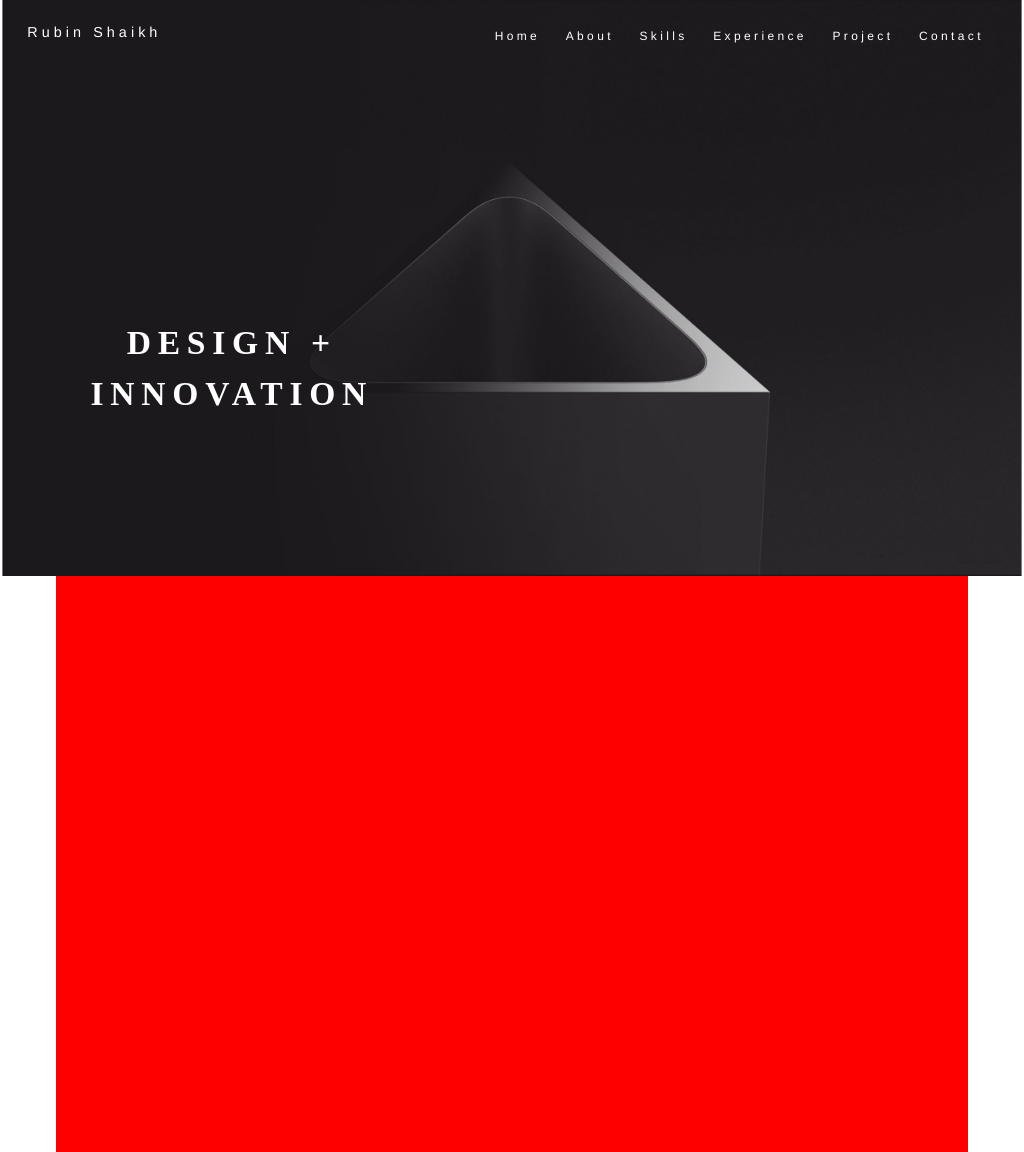
Repository: Rubin78/My-Portfolio
Page: /second
These files come from the project's save history. The page is drawn as it stood at one moment and after the next save; the edit follows.
The browser window is 1280 px wide. The pictures show the whole page, at 80% of full size.
The project was rebuilt for these pictures with package versions that can differ from the ones it lists, and the page was loaded fresh each time. Also part of the build but not shown: src/components/First/First.module.css, src/components/First/First.js, src/components/Third.js.

Above is the page before, as saved 2020-07-21 17:26:09.

### src/App.js
import React from 'react';

// import './App.css';

import { BrowserRouter as Router, Switch, Route } from "react-router-dom";
import First from './components/First/First';
import Second from './components/Second';
import Third from './components/Third';
function App() {
  return (
    <Router>
        <div className="App">

          <Switch>
            <Route exact path="/" component={First} />
            <Route exact path="/second" component={Second} />
            <Route exact path="/third" component={Third} />



            <Route render={() => <h2>404 Page Not Found</h2>} />
          </Switch>
        </div>
      </Router>
  );
}

export default App;

### src/components/Second.js
// import React, { Component } from 'react';
// import { Link } from "react-router-dom";
// class Second extends Component {
//     render() {
//         console.log(this.props);
//         return (




//             <div>
//                 <Link to="/third" >Go to the third page</Link>

//         <div>{this.props.location.state}</div>
//             </div>
//         );
//     }
// }

// export default Second;








import React, { useState } from 'react';
import {
  Collapse,
  Navbar,
  NavbarToggler,
  NavbarBrand,
  Nav,
  NavItem,
  NavLink,
  UncontrolledDropdown,
  DropdownToggle,
  DropdownMenu,
  DropdownItem,
  NavbarText
} from 'reactstrap';
import { Container, Row, Col} from 'reactstrap';
import styles  from '../components/Second.css'
import hero1 from '../assests/hero1.jpg';
import { Hidden } from '@material-ui/core';


const Example = (props) => {
  const [isOpen, setIsOpen] = useState(false);

  const toggle = () => setIsOpen(!isOpen);

  return (
<div>
    <Container fluid  className="containerBody2" style={{  backgroundImage:`url(${hero1})`,backgroundColor:'red'}} >
    <div style={{backgroundColor:'transparent',height:90,display:'flex'}}>
      <Navbar color="red" light expand="md"  style={{display:'flex',flex:1,}} >
        <NavbarBrand href="/"><h4  className="textheader1" >Rubin Shaikh</h4></NavbarBrand>
        <NavbarToggler onClick={toggle} style={{color:'white',backgroundColor:'#F5F5F5'}} />
        <Collapse isOpen={isOpen} navbar >
          <Nav className="mr-auto" navbar>



         </Nav>

         <NavLink  href="/components/"  className="textheader" >Home</NavLink>
         <NavLink href="/components/" className="textheader">About</NavLink>
          <NavLink href="/components/" className="textheader">Skills</NavLink>
          <NavLink href="/components/" className="textheader">Experience</NavLink>
          <NavLink href="/components/" className="textheader">Project</NavLink>
          <NavLink href="/components/" className="textheader">Contact</NavLink>
        </Collapse>
      </Navbar>
    </div>


<Col sm="5"  style={{ display:'flex',flex:1,
alignItems:'space-between',justifyContent:'center',paddingLeft:40,}}>
<div style={{display:'flex',height:450,flexDirection:'column',justifyContent:'flex-end',alignItems:'flex-start',marginBottom:20,}} >

    <div style={{color:'white',fontSize:42,textAlign:'center',fontFamily:"Patua One",fontWeight:"bolder",letterSpacing:'.20em'}} >
    {/* <div style={{color:'#ffffff',fontSize:15,textAlign:"left",letterSpacing:'.1em',paddingLeft:60}}>HELLO,</div> */}

      DESIGN +
   <p style={{paddingBottom:-15}}>INNOVATION</p></div>
    {/* <button onClick={this.submitHandler} >go to second page</button> */}
    </div>
</Col>
    </Container>


<Container  className="container2">

</Container>

    </div>
  );
}

export default Example;

### src/components/Second.css

.containerBody2{



    background-position: center;
    background-size: cover;
    background-repeat: 'no-repeat';
    height: 100vh;
    width: 99.5vw;
    overflow: hidden;
    position: relative;
background-color: black;

}


.container2{

    height: 100vh;
    width: 99.9vw;
    overflow: hidden;
    background-color: red;

position: relative;
}


.textheader{


  color: white;
  font-size: 15px;
font-family: "Gotham-Medium","Helvetica Neue","sans-serif";
letter-spacing: .28em;
}



.textheader1{


    color: white;
    font-size: 18px;
  font-family: "Gotham-Medium","Helvetica Neue","sans-serif";
  letter-spacing: .28em;
  }




.textcolor{
font-size: 45px;
margin-bottom: 20px;
letter-spacing: -1px;
font-family: "Gotham-Bold","Helvetica Neue",sans-serif;


background-color: red;


}

Loaded but not shown: public/index.html (common file); src/index.js (common file); src/index.css (common file); src/serviceWorker.js (common file)

After the next save:
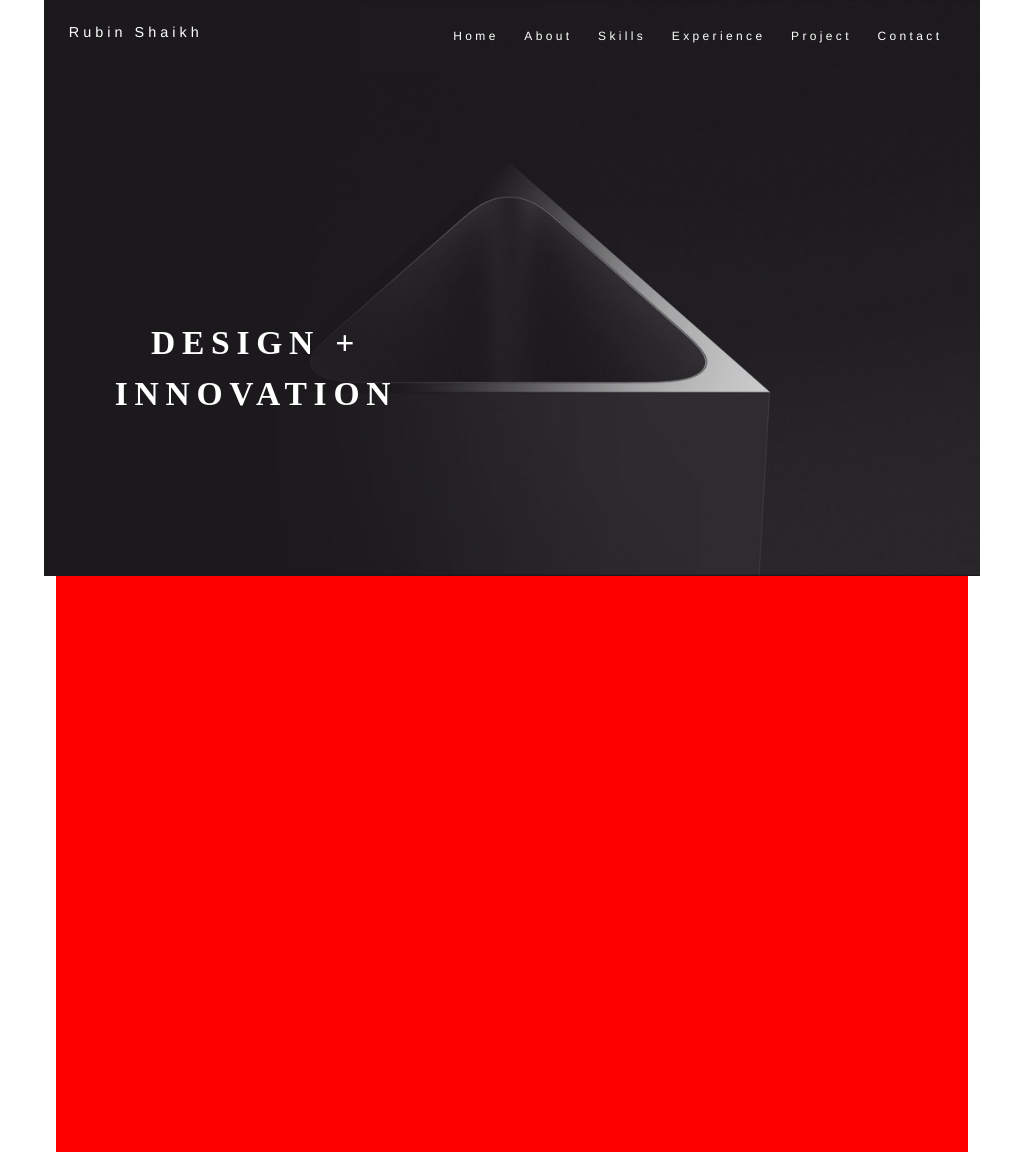
Saved 2 min 7 s later.
--- a/src/components/Second.css
+++ b/src/components/Second.css
@@ -7,7 +7,7 @@
     background-size: cover;
     background-repeat: 'no-repeat';
     height: 100vh;
-    width: 99.5vw;
+    width: calc(100vw - 110px);
     overflow: hidden;
     position: relative;
 background-color: black;
